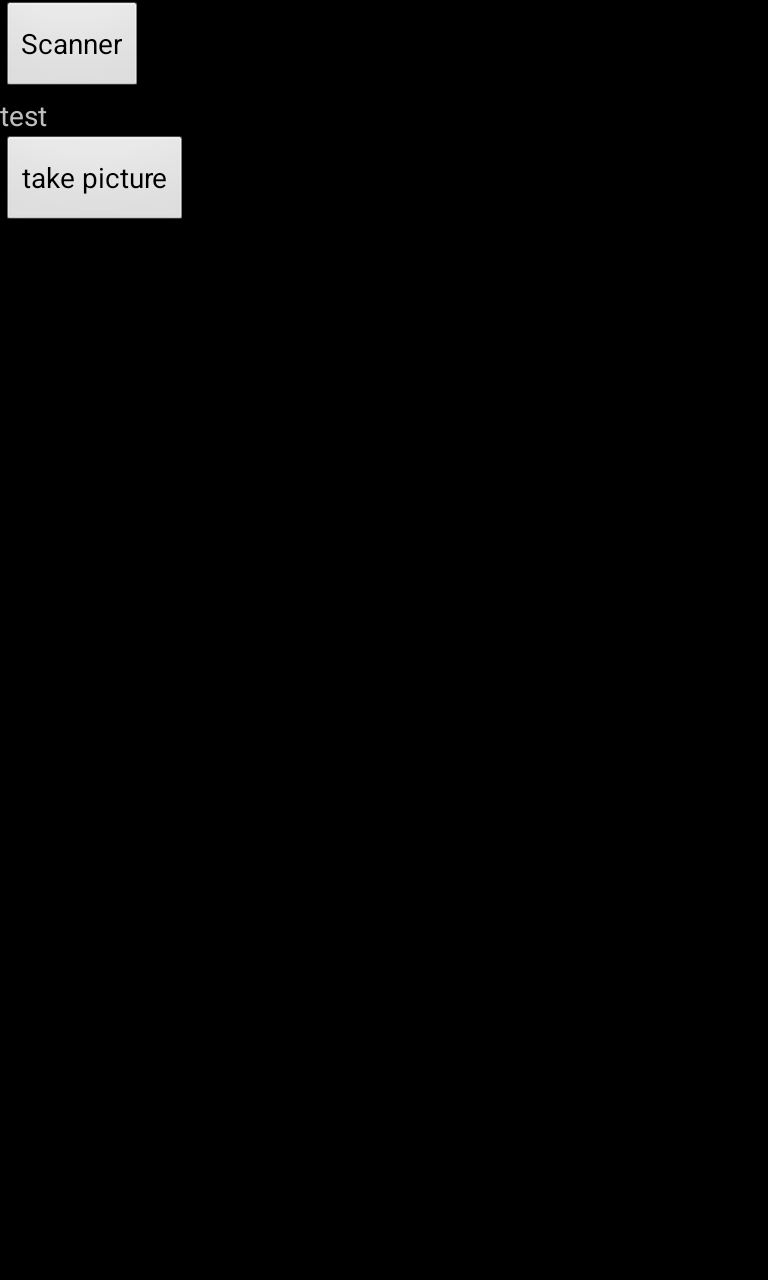
Repository: Halim1989/MobiCom
Layout: MobiCom/res/layout/activity_main.xml
These files come from the project's save history. The layout is drawn as it stood at one moment and after the next save; the edit follows.
It is drawn on a 768 x 1280 px phone screen (xhdpi) without system bars, with theme android:Theme.Black.NoTitleBar.Fullscreen; the app's code is not run.

Above is the layout before, as saved 2014-06-30 10:07:00.

### MobiCom/res/layout/activity_main.xml
<LinearLayout xmlns:android="http://schemas.android.com/apk/res/android"
    xmlns:tools="http://schemas.android.com/tools"
    android:layout_width="match_parent"
    android:layout_height="match_parent"
    android:orientation="vertical" >

    <Button
        android:layout_width="wrap_content"
        android:layout_height="wrap_content"
        android:onClick="onScan"
        android:text="@string/scan" />

    <TextView
        android:id="@+id/test"
        android:layout_width="wrap_content"
        android:layout_height="wrap_content"
        android:text="test" />

    <Button
        android:layout_width="wrap_content"
        android:layout_height="wrap_content"
        android:onClick="onTakePicture"
        android:text="take picture" />

</LinearLayout>

### MobiCom/res/values/strings.xml
<?xml version="1.0" encoding="utf-8"?>
<resources>

    <string name="app_name">MobiCom</string>
    <string name="title_activity_main">MainActivity</string>
    <string name="hello_world">Hello world!</string>
    <string name="scan">Scanner</string>

</resources>

After the next save:
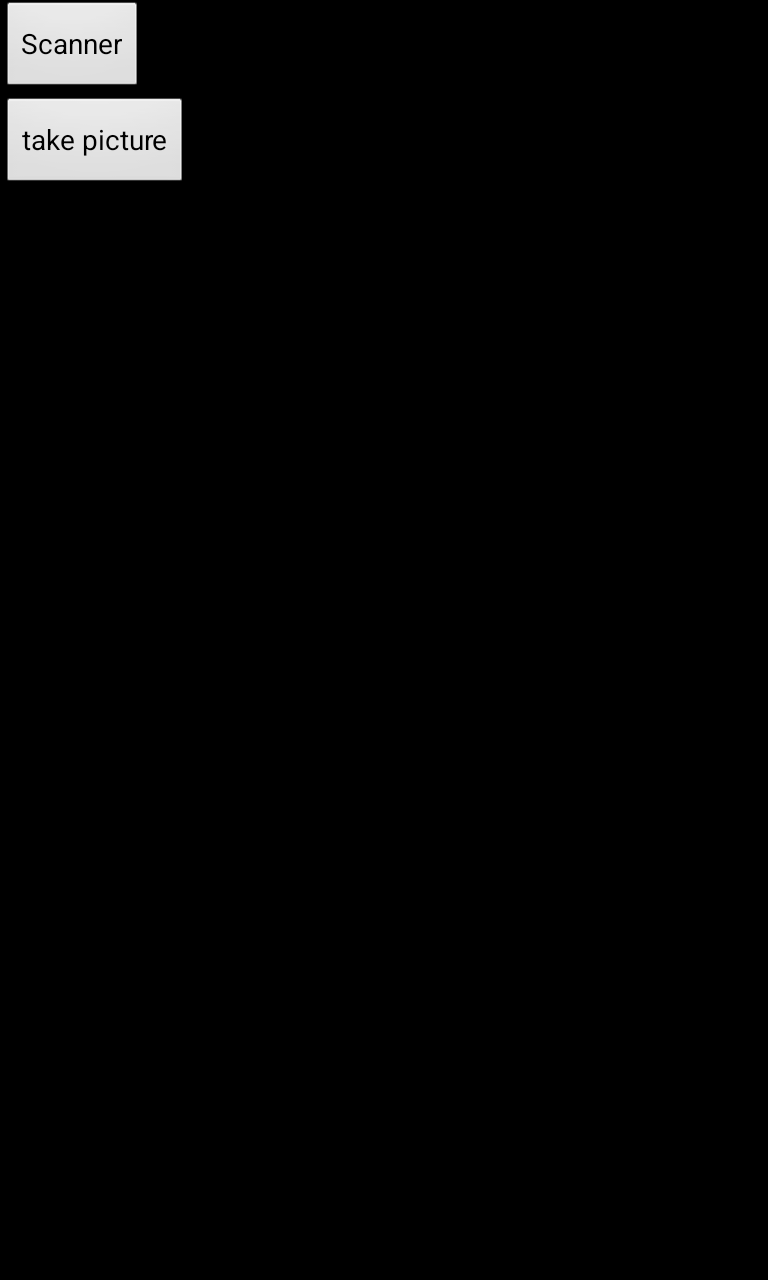
Saved 11 min 42 s later.
--- a/MobiCom/res/layout/activity_main.xml
+++ b/MobiCom/res/layout/activity_main.xml
@@ -10,11 +10,6 @@
         android:onClick="onScan"
         android:text="@string/scan" />
 
-    <TextView
-        android:id="@+id/test"
-        android:layout_width="wrap_content"
-        android:layout_height="wrap_content"
-        android:text="test" />
 
     <Button
         android:layout_width="wrap_content"
